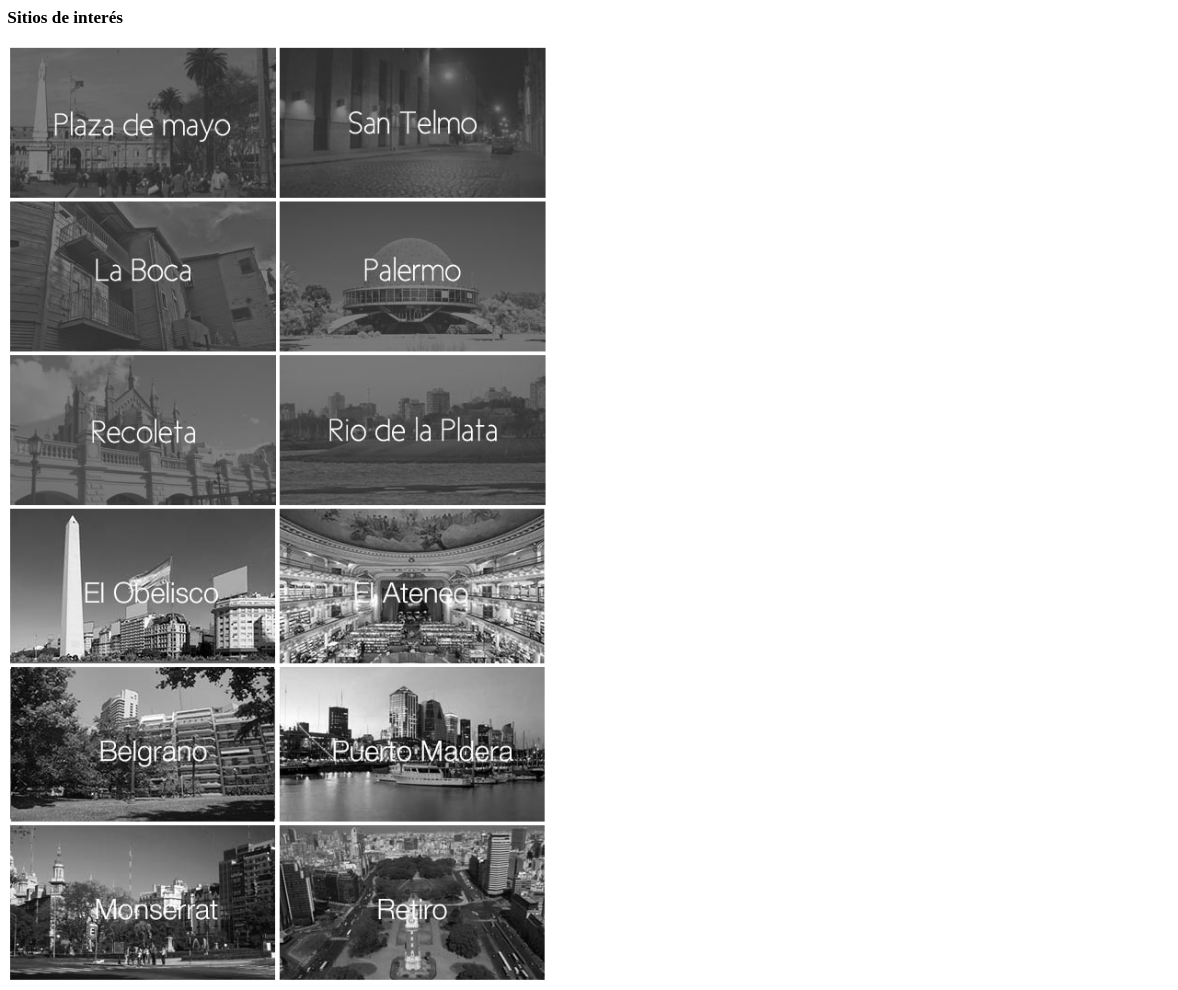
Repository: pacoigloo/Anexia
Page: sitios.html
The author's editor kept a record of every edit. The page is drawn from the files as they stood at one moment, then again after the next edit.
The browser window is 1280 px wide. The pictures show the whole page, at 92% of full size.

Above is the page before.

### sitios.html
       <div id="interContainer">
        <h3>Sitios de interés</h3>
        <div id= "mapContainer">
            <div ng-app="mapsApp" ng-controller="mapa">
            <div id="map"></div>
            <!-- <div id="class" ng-repeat="marker in markers | orderBy : 'title'">
                <a href="#" ng-click="openInfoWindow($event, marker)">{{marker.title}}</a>
            </div>-->
        </div>
        </div>
    </div>
    <div id="inBtnContainer">
    <table>
                <tr>
                    <td ><img class="tdIzq" onclick="initialize('plaza')" src="img/plaza-mayo.jpg"></img></td>
                    <td ><img class="tdDer" onclick="initialize('telmo')" src="img/san-telmo.jpg"></img></td>
                </tr>
                 <tr>
                    <td ><img class="tdIzq" onclick="initialize('boca')" src="img/la-boca.jpg"></img></td>
                    <td ><img class="tdDer" onclick="initialize('palermo')" src="img/palermo.jpg"></img></td>
                </tr>
                 <tr>
                    <td ><img class="tdIzq" onclick="initialize('recoleta')" src="img/recoleta.jpg"></img></td>
                    <td ><img class="tdDer" onclick="initialize('plata')" src="img/rio-plata.jpg"></img></td>
                </tr>
                <tr>
                    <td ><img class="tdIzq" onclick="initialize('obelisco')" src="img/obelisco.jpg"></img></td>
                    <td ><img class="tdDer" onclick="initialize('ateneo')" src="img/ateneo.jpg"></img></td>

                </tr>
                <tr>
                    <td ><img class="tdIzq" onclick="initialize('belgrano')" src="img/belgrano.jpg"></img></td>
                    <td ><img class="tdDer" onclick="initialize('madero')" src="img/puerto-madero.jpg"></img></td>
                </tr>

                <tr>
                    <td ><img class="tdIzq" onclick="initialize('monserrat')" src="img/monserrat.jpg"></img></td>
                    <td ><img class="tdDer" onclick="initialize('retiro')" src="img/retiro.jpg"></img></td>
                </tr>

                <!--<tr>
                    <td ><img class="tdIzq" onclick="initialize('')" src="img/recoleta.jpg"></img></td>
                    <td ><img class="tdDer" onclick="initialize('')" src="img/rio-plata.jpg"></img></td>
                </tr>
                <tr>
                    <td ><img class="tdIzq" onclick="initialize('')" src="img/recoleta.jpg"></img></td>
                </tr>

                -->
        </table>
    </div>
    <div id="descripcionSite" style="display:none" >
        <div id="descripcionText">

        </div>
       <div id="btnVolverMenu" onclick="volverMenu()">
           <img id="imgFlechaIzq" src="img/flecha-izquierda.png"></img>
           <div id="volverText">
               <p>
                 Volver
               </p>
           </div>

       </div>
    </div>

After the next edit:
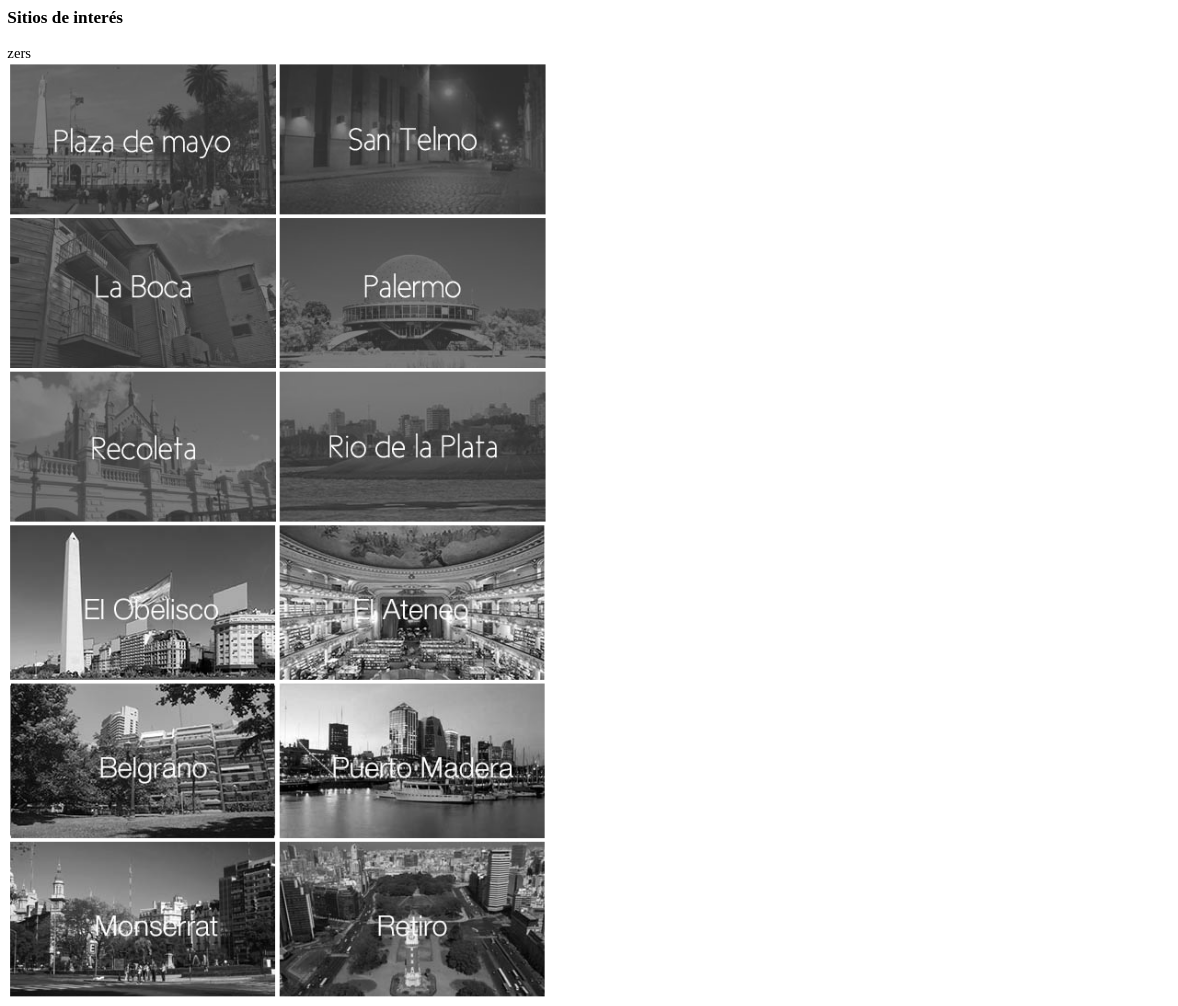
The edit:
--- a/sitios.html
+++ b/sitios.html
@@ -11,7 +11,7 @@
     </div>
     <div id="inBtnContainer">
     <table>
-                <tr>
+                <tr>zers
                     <td ><img class="tdIzq" onclick="initialize('plaza')" src="img/plaza-mayo.jpg"></img></td>
                     <td ><img class="tdDer" onclick="initialize('telmo')" src="img/san-telmo.jpg"></img></td>
                 </tr>
